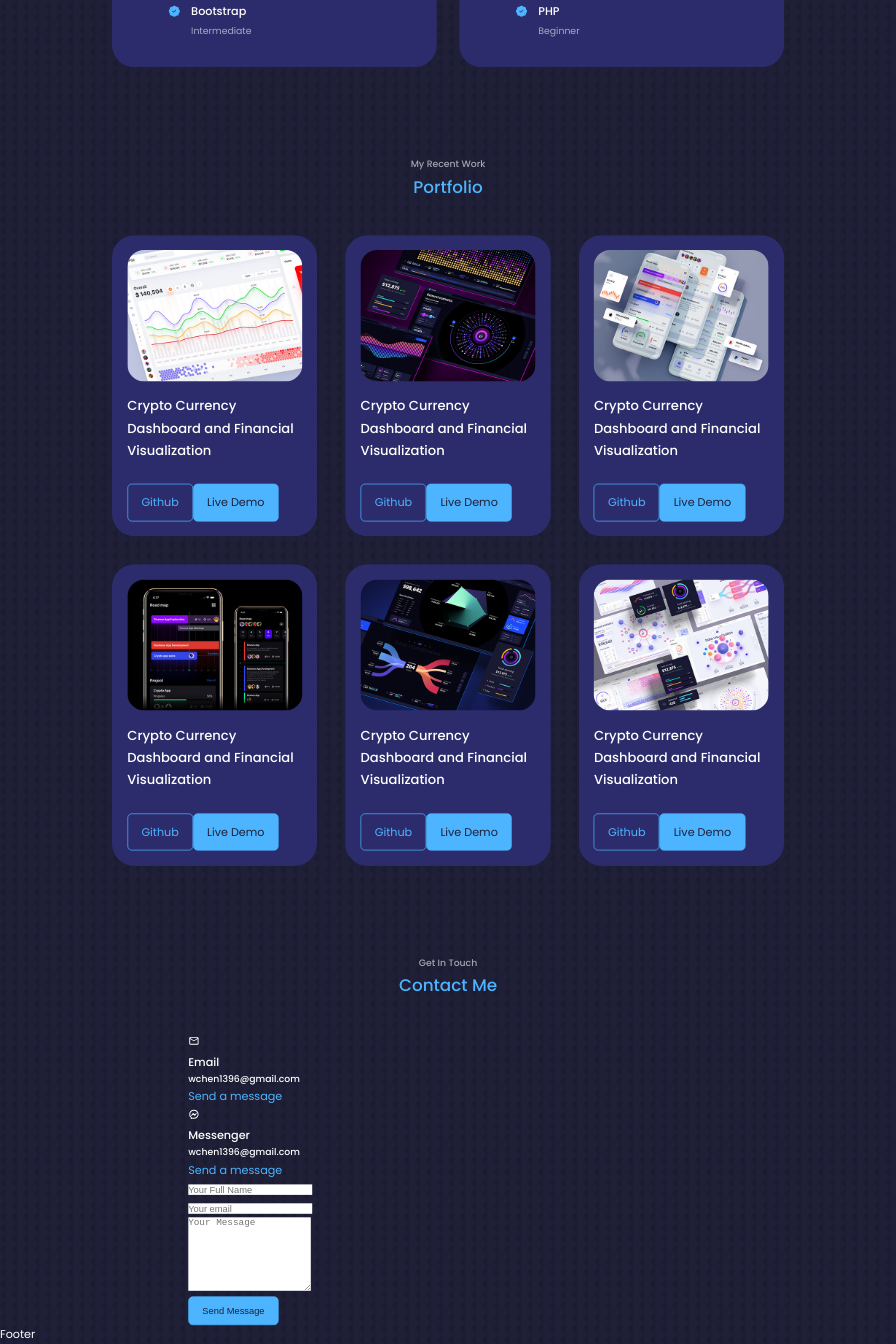
Repository: smallchungus/resumeWebsite
Page: / (app in hello/)
The author's editor kept a copy of each file at every save. The page is drawn from the files as they stood at one save, then again after the next save.
The browser window is 1280 px wide. The pictures show the part of the page from y = 2110 to 4030 px (the page is 4030 px tall before and 3822 px after), at 70% of full size.
The project was rebuilt for these pictures with package versions that can differ from the ones it lists, and the page was loaded fresh each time. Also part of the build but not shown: hello/src/components/services/Services.jsx, hello/src/components/testimonial/Testimonial.jsx, hello/src/components/footer/footer.css. Imported but missing from the stored project, and not drawn on this page: hello/src/assets/cv.pdf.

Above is the page before, as saved 2023-03-24 13:20:26.

### hello/public/index.html
<!DOCTYPE html>
<html lang="en">

<head>
    <meta charset="UTF-8">
    <meta http-equiv="X-UA-Compatible" content="IE=edge">
    <meta name="viewport" content="width-device-width, initial-scale=1.0">
    <title>Resume Portfolio Website</title>
</head>
<body>
    <div id="root"></div>
</body>
</html>

### hello/src/App.jsx
import React from 'react'
import Header from './components/header/Header'
import Nav from './components/nav/Nav'
import About from './components/about/About'
import Experience from './components/experience/Experience'
import Services from './components/services/Services'
import Portfolio from './components/portfolio/Portfolio'
import Testimonial from './components/testimonial/Testimonial'
import Contact from './components/contact/Contact'
import Footer from './components/footer/Footer'

const App = () => {
  return (
    <>
    <Header />
    <Nav />
    <About />
    <Experience />
   {/* <Services /> */}
    <Portfolio />
  {/*<Testimonial/> */}
    <Contact />
    <Footer />
    </>
  )
}

export default App

### hello/src/index.css
@import url('https://fonts.googleapis.com/css2?family=Poppins:wght@300;400;500;600&display=swap');

*{
    margin: 0;
    padding: 0;
    border :0;
    outline: 0;
    box-sizing: border-box;
    list-style: none;
    text-decoration: none;

}

:root {
    --color-bg: #1f1f38;
    --color-bg-variant: #2c2c6c;
    --color-primary: #4db5ff;
    --color-primary-variant: rgba(77, 181, 255, 0.4);
    --color-white: #fff;
    --color-light: rgba(255,255,255,0.6);

    --transition: all 400ms ease;

    --container-width-lg: 75%;
    --container-width-md: 86%;
    --container-width-sm: 90%;

}

html{
    scroll-behavior: smooth;
}

body{
    font-family: 'Poppins', sans-serif;
    background: var(--color-bg);
    color: var(--color-white);
    line-height: 1.7;
    background-image: url(../src/assets/bg-texture.png)
}

/* ======================= General Styles =================*/

.container{
    width: var(--container-width-lg);
    margin: 0 auto;
}

h1,h2,h3,h4,h5{
    font-weight: 500;
}

h1{
    font-size:2.5rem;

}

section {
    margin-top: 8rem;

}

section > h2, section > h5 {
    text-align: center;
    color: var(--color-light);
}

section > h2 {
    color: var(--color-primary);
    margin-bottom: 3rem;
}

.text-light{
    color:var(--color-light);
}

a{
    color: var(--color-primary);
    transition: var(--transition);
}

a:hover{
    color: var(--color-white);
}

.btn{
    width: max-content;
    display: inline-block;
    color: var(--color-primary);
    padding: 0.75rem 1.2rem;
    border-radius: 0.4rem;
    cursor: pointer;
    border: 1px solid var(--color-primary);
    transition: var( --transition );
}

.btn:hover{
    background: var(--color-white);
    color: var(--color-bg);
    border-color: transparent;
}

.btn-primary{
    background: var(--color-primary);
    color: var(--color-bg);
}

img{
    display: block;
    width: 100%;
    object-fit: cover;
}


/*==================Media Queries (Medium Devices ) ============= */
@media screen and (max-width: 1024px) {
    .container{
        width: var(--container-width-md);
    }

    section{
        margin-top: 6rem;
    }
}

/*==================Media Queries (Small Devices ) ============= */
@media screen and (max-width: 600px) {
    .container{
        width: var(--container-width-sm);
    }

    section > h2{
        margin-top: 2rem;
    }
}

### hello/src/components/header/Header.jsx
import React from 'react'
import './header.css'
import CTA from './CTA'
import ME from '../../assets/me.png'
import HeaderSocials from './HeaderSocials'
const Header = () => {
  return (
    <header>
      <div className="container header_container">
        <h5>Hello I'm</h5>
        <h1>William Chen</h1>
        <h5 className='text-light'>Fullstack Developer</h5>
        <CTA />
        <HeaderSocials/>

        <div className="me">
          <img src={ME} alt="me" />
        </div>

        <a href='#contact' className='scroll_down'>Scroll down</a>
      </div>
    </header>
  )
}

export default Header

### hello/src/components/nav/Nav.jsx
import React from 'react'
import './nav.css'
import {AiOutlineHome} from 'react-icons/ai'
import {AiOutlineUser}  from 'react-icons/ai'
import {BiBook} from 'react-icons/bi'
import {RiServiceLine} from 'react-icons/ri'
import {BiMessageSquareDetail} from 'react-icons/bi'
import {useState} from 'react'

const Nav = () => {
  const[activeNav, setActiveNav] = useState('#');
  return (
    <nav>
      <a href="#" onClick={() => setActiveNav('#')} className={activeNav === '#' ? 'active' : ''}><AiOutlineHome/></a>
      <a href="#about" onClick={() => setActiveNav('#about')} className={activeNav === '#about' ? 'active' : ''}><AiOutlineUser/></a>
      <a href="#experience" onClick={() => setActiveNav('#experience')} className={activeNav === '#experience' ? 'active' : ''}><BiBook/></a>
      <a href="#services" onClick={() => setActiveNav('#services')} className={activeNav === '#services' ? 'active' : ''}><RiServiceLine/></a>
      <a href="#contact" onClick={() => setActiveNav('#contact')} className={activeNav === '#contact' ? 'active' : ''}><BiMessageSquareDetail/></a>
    </nav>
  )
}

export default Nav

### hello/src/components/about/About.jsx
import React from 'react'
import './about.css'
import ME from '../../assets/me-about.jpg'
import {FiAward} from 'react-icons/fi'
import {FiUsers} from 'react-icons/fi'
import {VscFolderLibrary} from 'react-icons/vsc'

const About = () => {
  return (
    <section id='about'>
      <h5>Get To Know </h5>
      <h2>About Me</h2>

      <div className="container about_container">
        <div className="about_me" >
          <div className="about_me-image">
          <img src={ME} alt="About Image" />
          </div>
        </div>

        <div className="about_content">
          <div className="about_cards">
            <article className="about_card">
              <FiAward className='about_icon'/>
              <h5>Experience</h5>
              <small>1 Year Working</small>
            </article>
            <article className="about_card">
              <FiUsers className='about_icon'/>
              <h5>Clients</h5>
              <small>200+ clients worldwide</small>
            </article>
            <article className="about_card">
              <VscFolderLibrary className='about_icon'/>
              <h5>Projects</h5>
              <small>80+ completed</small>
            </article>
          </div>
          <p>
          Lorem ipsum dolor sit amet, consectetur adipiscing elit. Etiam lacinia nisl sit amet placerat gravida. Phasellus nibh neque, placerat in faucibus
          id, eleifend id dui. Nunc ultrices condimentum elit eu faucibus. Curabitur sed libero magna. Pellentesque magna dui, egestas sed turpis
          sit amet, pretium dictum orci. Suspendisse vestibulum lacinia elit quis tempus. Integer at enim velit. Aenean scelerisque mollis nulla eu finibus. Aenean eu purus lacinia, ultricies dolor ac, finibus elit.
          Cras quis molestie ante. In tristique arcu libero, et egestas lorem eleifend ut. Maecenas eget sem scelerisque, aliquam nisl quis, consectetur urna. Sed at eros ac arcu iaculis blandit eget nec dui. Nullam porta,
          ipsum vitae pharetra vestibulum, nunc mi lacinia eros, pellentesque varius tortor nulla ut dui. Sed blandit leo pretium egestas vulputate. Pellentesque porta bibendum ante et consectetur.
          </p>
          <a href="#contact" className='btn btn-primary'>Let's Talk</a>

        </div>
      </div>
    </section>
  )
}

export default About

### hello/src/components/experience/Experience.jsx
import React from 'react'
import './experience.css'
import {BsPatchCheck, BsPatchCheckFill} from 'react-icons/bs'

const Experience = () => {
  return (
    <section id='experience'>
      <h5>What Skills I have</h5>
      <h2>What Experience</h2>

      <div className="container experience_container">
        <div className="experience_frontend">
          <h3>Frontend Development</h3>
          <div className="experience_content">
            <article className='experience_details'>
              <BsPatchCheckFill className='experience_details_icon'/>
              <div>
                <h4>HTML</h4>
                <small className='text-light'> Experienced </small>
              </div>
            </article>
            <article className='experience_details'>
              <BsPatchCheckFill className='experience_details_icon'/>
              <div>
                <h4>CSS</h4>
                <small className='text-light'> Intermediate </small>
              </div>
            </article>
            <article className='experience_details'>
              <BsPatchCheckFill className='experience_details_icon'/>
              <div>
                <h4>JavaScript</h4>
                <small className='text-light'> Intermediate </small>
              </div>
            </article>
            <article className='experience_details'>
              <BsPatchCheckFill className='experience_details_icon'/>
              <div>
                <h4>React</h4>
                <small className='text-light'> Intermediate </small>
              </div>
            </article>
            <article className='experience_details'>
              <BsPatchCheckFill className='experience_details_icon'/>
              <div>
                <h4>Bootstrap</h4>
                <small className='text-light'> Intermediate </small>
              </div>
            </article>
          </div>
          </div>


          <div className="experience_backend">
          <h3>Backend Development</h3>
          <div className="experience_content">
            <article className='experience_details'>
              <BsPatchCheckFill className='experience_details_icon'/>
              <div>
                <h4>Python</h4>
                <small className='text-light'> Experienced </small>
              </div>
            </article>
            <article className='experience_details'>
              <BsPatchCheckFill className='experience_details_icon'/>
              <div>
                <h4>Java</h4>
                <small className='text-light'> Experienced </small>
              </div>
            </article>
            <article className='experience_details'>
              <BsPatchCheckFill className='experience_details_icon'/>
              <div>
                <h4>MySQL</h4>
                <small className='text-light'> Intermediate </small>
              </div>
            </article>
            <article className='experience_details'>
              <BsPatchCheckFill className='experience_details_icon'/>
              <div>
                <h4>Ruby</h4>
                <small className='text-light'> Intermediate </small>
              </div>
            </article>
            <article className='experience_details'>
              <BsPatchCheckFill className='experience_details_icon'/>
              <div>
                <h4>PHP</h4>
                <small className='text-light'> Beginner </small>
              </div>
            </article>
            </div>
          </div>
      </div>
    </section>
  )
}

export default Experience

### hello/src/components/portfolio/Portfolio.jsx
import React from 'react'
import './portfolio.css'
import IMG1 from '../../assets/portfolio1.jpg'
import IMG2 from '../../assets/portfolio2.jpg'
import IMG3 from '../../assets/portfolio3.jpg'
import IMG4 from '../../assets/portfolio4.jpg'
import IMG5 from '../../assets/portfolio5.png'
import IMG6 from '../../assets/portfolio6.jpg'

const data =[
  {
    id: 1,
    image: IMG1,
    title: 'Crypto Currency Dashboard and Financial Visualization',
    github: 'https://github.com',
    demo: 'https://dribble.com/shots/16673715-Crypto-currency-dashboards-and-financial-data-visualization'
  },
  {
    id: 2,
    image: IMG2,
    title: 'Crypto Currency Dashboard and Financial Visualization',
    github: 'https://github.com',
    demo: 'https://dribble.com/shots/16673715-Crypto-currency-dashboards-and-financial-data-visualization'
  },
  {
    id: 3,
    image: IMG3,
    title: 'Crypto Currency Dashboard and Financial Visualization',
    github: 'https://github.com',
    demo: 'https://dribble.com/shots/16673715-Crypto-currency-dashboards-and-financial-data-visualization'
  },
  {
    id: 4,
    image: IMG4,
    title: 'Crypto Currency Dashboard and Financial Visualization',
    github: 'https://github.com',
    demo: 'https://dribble.com/shots/16673715-Crypto-currency-dashboards-and-financial-data-visualization'
  },
  {
    id: 5,
    image: IMG5,
    title: 'Crypto Currency Dashboard and Financial Visualization',
    github: 'https://github.com',
    demo: 'https://dribble.com/shots/16673715-Crypto-currency-dashboards-and-financial-data-visualization'
  },
  {
    id: 6,
    image: IMG6,
    title: 'Crypto Currency Dashboard and Financial Visualization',
    github: 'https://github.com',
    demo: 'https://dribble.com/shots/16673715-Crypto-currency-dashboards-and-financial-data-visualization'
  },
]
const Portfolio = () => {
  return (
    < section id='portfolio'>
    <h5>My Recent Work</h5>
    <h2>Portfolio</h2>

    <div className="container portfolio_container">
    {
      data.map(({id, image, title, github, demo}) => {
        return(
      <article key={id} className='portfolio_item'>
        <div className='portfolio_item-image'>
          <img src={image} alt={title}/>
        </div>
        <h3>{title}</h3>
        <div className="portoflio_item-cta">
          <a href={github} className='btn' target='blank'>Github</a>
          <a href={demo} className='btn btn-primary' target='_blank'>Live Demo</a>
        </div>
      </article>
        )
      })
    }
    </div>
  </section>
  )
}

export default Portfolio

### hello/src/components/contact/Contact.jsx
import React from 'react'
import './contact.css'
import {MdOutlineEmail} from 'react-icons/md'
import {RiMessengerLine} from 'react-icons/ri'


const Contact = () => {
  return (
    <section id='contact'>
      <h5>Get In Touch</h5>
      <h2>Contact Me</h2>

      <div className="container contact_container">
        <div className="contact_options">
          <article className="contact_option">
            <MdOutlineEmail/>
            <h4>Email</h4>
            <h5>wchen1396@gmail.com</h5>
            <a href="mailto:wchen1396@gmail.com">Send a message</a>
          </article>
          <article className="contact_option">
            <RiMessengerLine/>
            <h4>Messenger</h4>
            <h5>wchen1396@gmail.com</h5>
            <a href="https://www.facebook.com/smalltaiwaneseboyo/">Send a message</a>
          </article>
        </div>
        {/*END OF CONTACT OPTIONS */}
        <form action="">
          <input type="text" name='name' placeholder='Your Full Name' required/>
          <input type='email' name='email' placeholder='Your email' required/>
          <textarea name="message" rows="7" placeholder='Your Message' required></textarea>
          <button type='submit' className='btn btn-primary'>Send Message</button>
        </form>
      </div>
    </section>
  )
}

export default Contact

### hello/src/components/header/header.css
header {
    height: 100vh;
    padding-top: 7rem;
    overflow: hidden;
}

.header_container{
    text-align: center;
    height: 100%;
    position: relative;
}

/*========================= CTA ======================= */
.cta {
    margin-top: 2.5rem;
    display: flex;
    gap: 1.2rem;
    justify-content: center;

}

/* ======================= Header Socials ==================== */
.header_socials {
    display: flex;
    flex-direction: column;
    align-items: center;
    gap: 0.8rem;
    position: absolute;
    left: 0;
    bottom: 3rem;

}

.header_socials::after{
    content: '';
    width: 1px;
    height: 2rem;
    background: var(--color-primary);
}

/* ===================== ME ==================*/

.me{
    background: linear-gradient(var(--color-primary), transparent);
    width: 22rem;
    height: 30rem;
    position: absolute;
    left: calc(50% - 11rem);
    margin-top: 4rem;
    border-radius: 12rem 12rem 0 0;
    overflow: hidden;
    padding: 5rem 1.5rem 1.5rem 1.5rem;

}

.scroll_down {
    position: absolute;
    right: -2.3rem;
    bottom: 5rem;
    transform: rotate(90deg);
    font-weight: 300;
    font-size: 0.9rem;
}

@media screen and (max-width: 600px) {
    header {
        height: 100vh;
    }
}

@media screen and (max-width: 600px)
{
    header {
        height: 100vh;
    }

    .header_socials, .scroll_down{
        display: none;
    }
}

### hello/src/components/header/CTA.jsx
import React from 'react'
import CV from '../../assets/cv.pdf'
const CTA = () => {
  return (
    <div className ='cta'>
        <a href={CV} download className='btn'>Download CV</a>
        <a href="#contact" className='btn btn-primary'>Let's Talk</a>
    </div>
  )
}

export default CTA

### hello/src/components/header/HeaderSocials.jsx
import React from 'react'
import {BsLinkedin} from 'react-icons/bs'
import {BsGithub} from 'react-icons/bs'
import {AiFillDribbbleSquare} from 'react-icons/ai'
const HeaderSocials = () => {
  return (
    <div className='header_socials'>
        <a href="https://linkedin.com/willchenn" target="_blank"><BsLinkedin></BsLinkedin></a>
        <a href="https://github.com/smallchungus" target="_blank"><BsGithub></BsGithub></a>
        <a href="https://dribble.com/" target="_blank"><AiFillDribbbleSquare></AiFillDribbbleSquare></a>
        </div>
  )
}

export default HeaderSocials

### hello/src/components/nav/nav.css
nav {
    background: rgba(0, 0, 0, 0.3);
    width: max-content;
    display: block;
    padding: 0.7rem 1.7rem;
    z-index: 2;
    position: fixed;
    left: 50%;
    transform: translateX(-50%);
    bottom: 2rem;
    display: flex;
    gap: 0.8rem;
    border-radius: 3rem;
    backdrop-filter: blur(15px);
}

nav a{
    background: transparent;
    padding: 0.9rem;
    border-radius: 50%;
    display: flex;
    color: var(--color-light);
    font-size: 1.1rem;
}

nav a:hover{
    background: rgba(0,0,0,0.3);
}

nav a.active {
    background: var(--color-bg);
    color: var(--color-white);
}

### hello/src/components/about/about.css
.about_container {
    display: grid;
    grid-template-columns: 35% 50%;
    gap: 15%;
}

.about_me {
    width: 100%;
    aspect-ratio: 1/1;
    border-radius: 2rem;
    background: linear-gradient(
        45deg,
        transparent,
        var(--color-primary),
        transparent
    );
    display: grid;
    place-items: center;
}

.about_me-image{
    border-radius: 2rem;
    overflow: hidden;
    transform: rotate(10deg);
    transition: var(--transition);

}

.about_me-image:hover{
    transform: rotate(0);
}

.about_cards{
    display: grid;
    grid-template-columns: repeat(3, 1fr);
    gap: 1.5rem;
}

.about_card {
    background: var(--color-bg-variant);
    border: 1px solid transparent;
    border-radius: 1rem;
    padding: 2rem;
    text-align: center;
    transition: var(--transition);
}

.about_card:hover {
    background: transparent;
    border-color: var(--color-primary-variant);
    cursor: default;
}

.about_icon {
    color: var(--color-primary);
    font-size: 1.4 rem;
    margin-bottom: 1rem;
}

.about_card h5 {
    font-size: 0.95rem;
}

.about_card small {
    font-size: 0.7 rem;
    color: var(--color-light);
}

.about_content p {
    margin: 2rem 0 2.6 rem;
    color: var(--color-light);
}

@media screen and (max-width: 1024px) {
    .about_container {
        grid-template-columns: 1fr;
        gap: 0;
    }

    .about_me {
        width: 50%;
        margin: 2rem auto 4rem;
    }

    .about_content p{
        margin: 1rem 0 1.5rem;
    }
}

@media screen and (max-width: 600px )
{
    .about_me{
        width: 65%;
        margin: 0 auto 3rem;
    }
    .about_cards {
        grid-template-columns: 1fr 1fr;
        gap: 1rem;
    }
    .about_content {
        text-align: center;
    }
    .about_content p {
        margin: 1.5rem 0;
    }
}

### hello/src/components/experience/experience.css
.experience_container{
    display: grid;
    grid-template-columns: 1fr 1fr;
    gap: 2rem;
}

.experience_container > div {
    background: var(--color-bg-variant);
    padding: 2.4rem 5rem;
    border-radius: 2rem;
    border: 1px solid transparent;
    transition: var(--transition);
}

.experience_container > div:hover {
    background: transparent;
    border-color: var(--color-primary-variant);
    cursor: default;
}

.experience_container > div h3 {
    text-align: center;
    margin-bottom: 2rem;
    color: var(--color-primary);
}

.experience_content {
    display: grid;
    grid-template-columns: 1fr 1fr;
}

.experience_details {
    display: flex;
    gap: 1rem;
}

.experience_details_icon {
     margin-top: 6px;
     color: var(--color-primary);
}


@media screen and (max-width:1024px) {
    .experience_container {
        grid-template-columns: 1fr;
    }

    .experience_container > div{
        width: 80%;
        padding: 2rem;
        margin: 0 auto;
    }
    .experience_content{
        padding: 1rem;
    }
}

@media screen and (max-width:600px) {
    .experience_container {
        gap: 1rem;
    }

    .experience_container > div {
        width: 100%;
        padding: 2rem 1rem;
    }
}

### hello/src/components/portfolio/portfolio.css
.portfolio_container{
    display:grid;
    grid-template-columns: repeat(3, 1fr);
    gap: 2.5rem;
}

.portfolio_item{
    background: var(--color-bg-variant);
    padding: 1.3rem;
    border-radius: 2rem;
    border: 1px solid transparent;
    transition: var(--transition);
}

.portfolio_item:hover {
    border-color: var(--color-primary-variant);
    background:transparent;
}

.portfolio_item-image{
    border-radius: 1.5rem;
    overflow: hidden;
}

.portfolio_item h3{
    margin: 1.2rem 0 2rem;
}

.portolio_item-cta{
    display: flex;
    gap: 1rem;
    margin-bottom: 1rem;
}

@media screen and (max-width: 1024px) {
    .portfolio_container{
        grid-template-columns: 1fr 1fr;
        gap: 1.2rem;
    }

}
@media screen and (max-width: 600px) {
    .portfolio_container{
        grid-template-columns: 1fr;
        gap: 1rem;
    }

}

### hello/src/components/contact/contact.css
.container.contact_container{
    width: 58%;
    display: grid;
    grid-template-columns: 30%;
}

Loaded but not shown: hello/src/index.js (common file); hello/src/components/footer/Footer.jsx (common file); hello/src/components/services/services.css (no stored copy; drawn as an empty file); hello/src/components/testimonial/testimonial.css (no stored copy; drawn as an empty file)

After the next save:
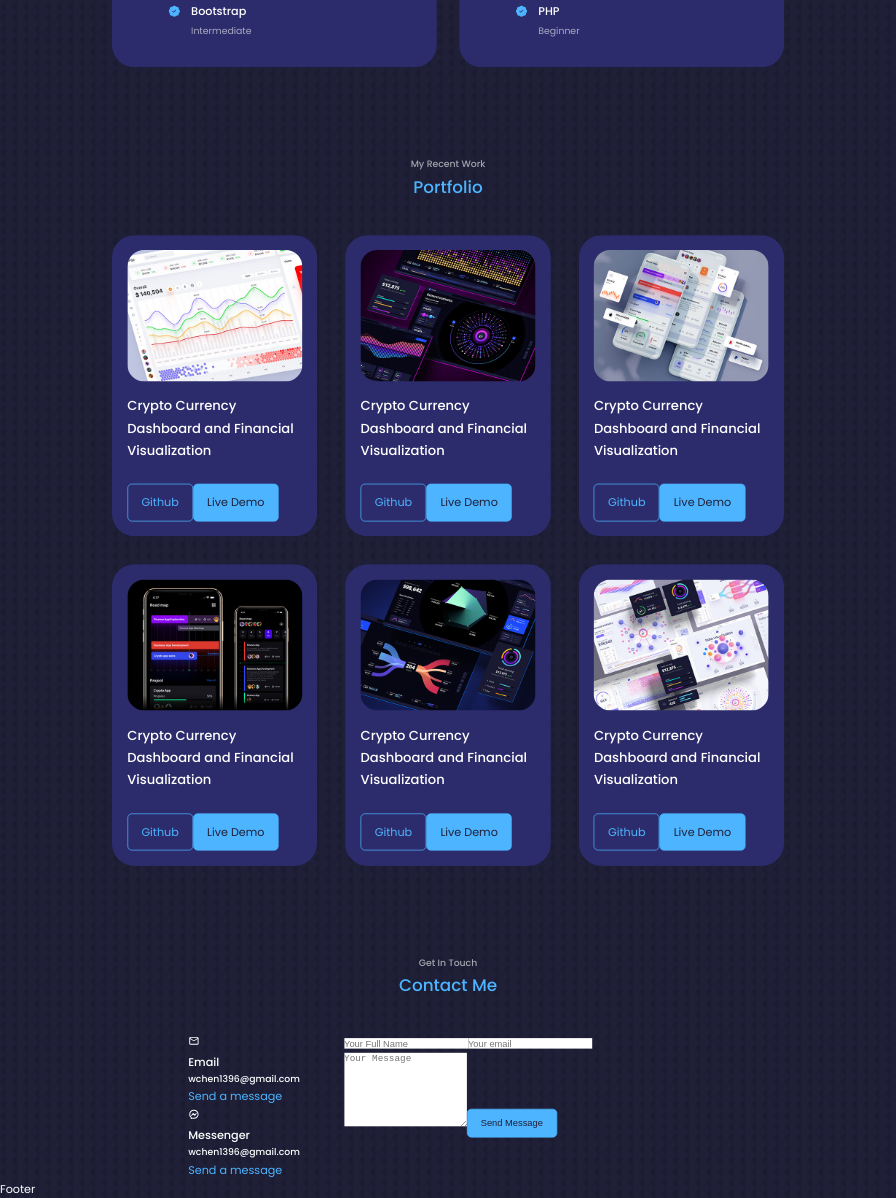
Saved 65 s later.
--- a/hello/src/components/contact/contact.css
+++ b/hello/src/components/contact/contact.css
@@ -1,5 +1,5 @@
 .container.contact_container{
     width: 58%;
     display: grid;
-    grid-template-columns: 30%;
+    grid-template-columns: 30% 58%;
 }
